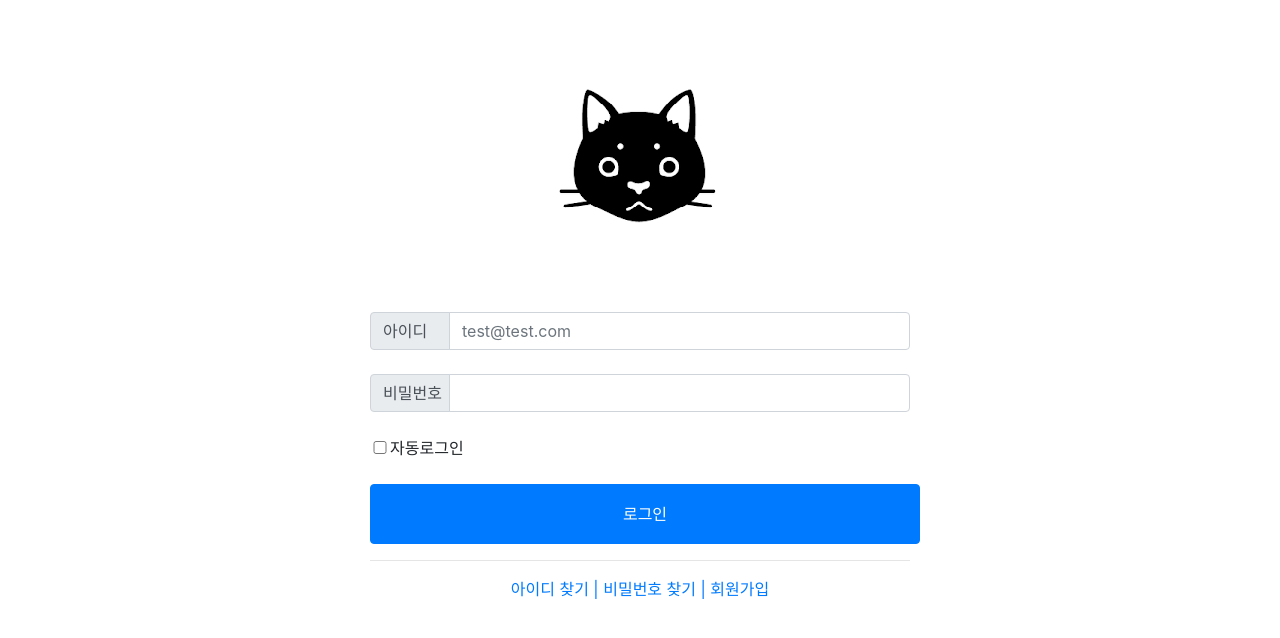
Repository: 0deepsleep/SpringMVCStudy
Page: http://localhost/TestProject/Login.jsp
These files come from the project's save history. The page is drawn as it stood at one moment and after the next save; the edit follows.
The browser window is 1280 px wide. The pictures show the whole page.
The page is served by Tomcat 9.

Above is the page before, as saved 2019-06-14 09:46:52.

### TestProject/WebContent/Login.jsp
<%@ page contentType="text/html; charset=UTF-8"%>
<%@ taglib prefix="c" uri="http://java.sun.com/jsp/jstl/core" %>
<%
	request.setCharacterEncoding("UTF-8");
	String cp = request.getContextPath();
%>
<!DOCTYPE html>
<html>
<head>
<meta charset="UTF-8">
<title>Login.jsp</title>
<link rel="stylesheet" href="https://stackpath.bootstrapcdn.com/bootstrap/4.3.1/css/bootstrap.min.css">
<style type="text/css">
	.bolck
	{
		width: 80px;
	}

	.btn
	{
		width: 550px;
		height: 60px
	}


	#err1
	{
		display: none;
		color: red;
		font-size: small;
	}

	#err2
	{
		display: none;
		color: red;
		font-size: small;
	}
	*{text-align:left;}

</style>
<script type="text/javascript" src="https://ajax.googleapis.com/ajax/libs/jquery/3.4.1/jquery.min.js"></script>
<script type="text/javascript">

	$(document).ready(function()
	{
		$("#btn").click(function()
		{

			if($("#userId").val()=="" && $("#userPwd").val()=="")
			{
				$("#err1").css("display", "inline");
				$("#err2").css("display", "inline");
				return;
			}

			$("#err1").css("display", "none");

			if($("#userId").val()=="")
			{
				$("#err1").css("display", "inline");
				return;
			}

			$("#err2").css("display", "none");

			if( $("#userPwd").val()=="")
			{
				$("#err2").css("display", "inline");
				return;
			}

			$("#memberForm").submit();

		});


	});
</script>

</head>
<body>

<div class="text-center container">
	<img src="<%=cp %>/img/cat.png" class="rounded" alt="logo" style="margin-top: 60px;">
  <div class="row" style="margin-top: 60px;">
  	<div class="col-md-6 offset-md-3">
  		<div class="input-group" id="memberForm">
	  		<div class="input-group-prepend">
		    	<span class="input-group-text bolck">아이디</span>
		    </div>
		  <input type="text" id="userId" name="userId" class="form-control"
		  required="required" placeholder="test@test.com">
		    </div>
		    <span id="err1">아이디를 입력해주세요.</span><br>

		<div class="input-group" id="memberForm">
	  		<div class="input-group-prepend">
		    	<span class="input-group-text bolck">비밀번호</span>
		    </div>
		  	<input type="password" id="userPwd" name="userPwd" class="form-control"
		  required="required" >
		</div>
		<span id="err2">비밀번호를 입력해주세요.</span>
		<br><input type="checkbox" style="width: 20px;">자동로그인

		<br><br>
		<button type="button" id="btn" name="btn" class="btn-primary btn">로그인</button>
		<br><hr />

		<div style="text-align: center;">
				<a href="#"> 아이디 찾기 |</a>
				<a href="#"> 비밀번호 찾기 |</a>
				<a href="#"> 회원가입</a>
		</div>
	</div>
  </div>
</div>

</body>
</html>

After the next save:
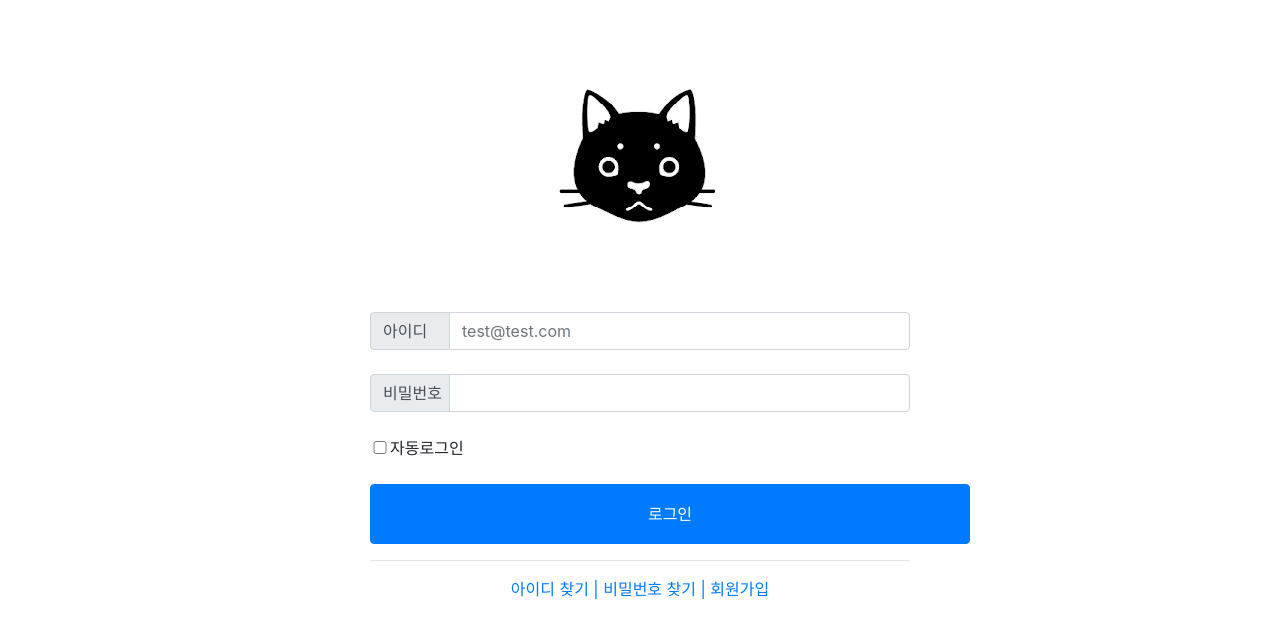
Saved 16 s later.
--- a/TestProject/WebContent/Login.jsp
+++ b/TestProject/WebContent/Login.jsp
@@ -18,7 +18,7 @@
 
 	.btn
 	{
-		width: 550px;
+		width: 600px;
 		height: 60px
 	}
 
